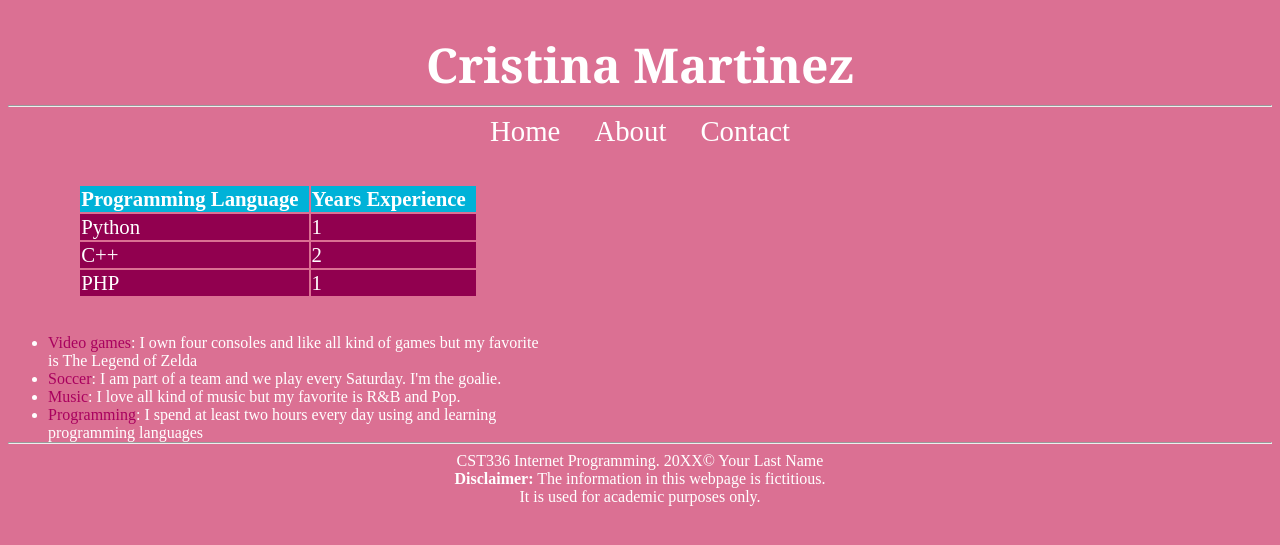
Repository: ctm93/Website1
Page: about.html
The author's editor kept a record of every edit. The page is drawn from the files as they stood at one moment, then again after the next edit.
The browser window is 1280 px wide. The pictures show the whole page.

Above is the page before.

After the next edit:
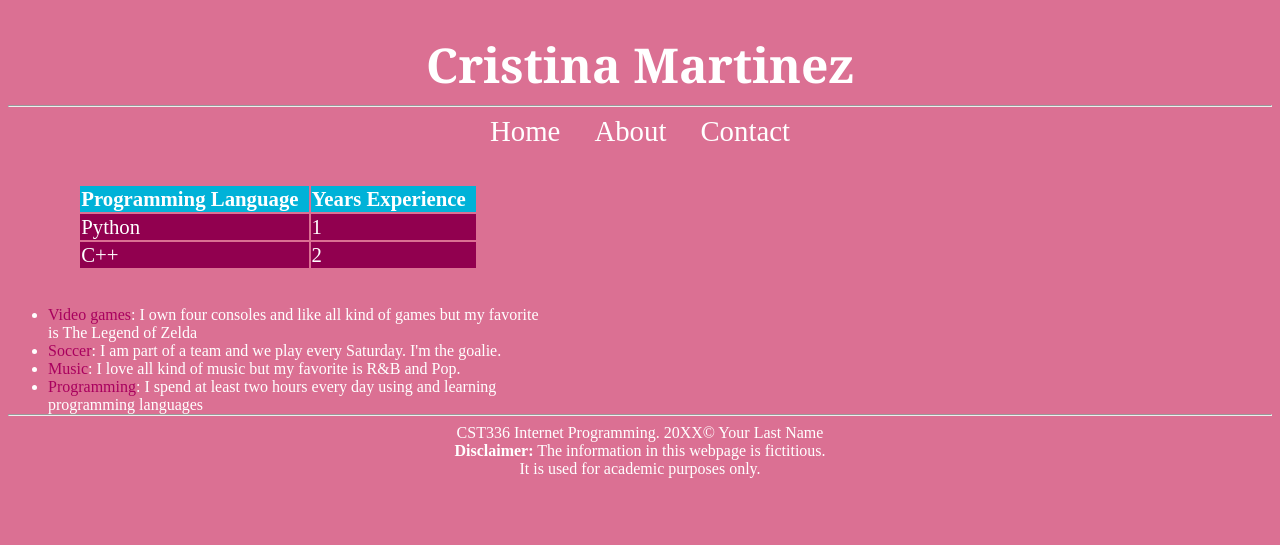
The edit:
--- a/about.html
+++ b/about.html
@@ -33,11 +33,9 @@
                     <td>C++</td>
                     <td>2</td>
                 </tr>
-                <tr class="table-row">
-                    <td>PHP</td>
-                    <td>1</td>
-                </tr>
+
             </table><br><br>
+
              <ul>
                 <li><span class="hobby">Video games</span>: I own four consoles and like all kind of games but my favorite is The Legend of Zelda</li>
                 <li><span class="hobby">Soccer</span>: I am part of a team and we play every Saturday. I'm the goalie.</li>
